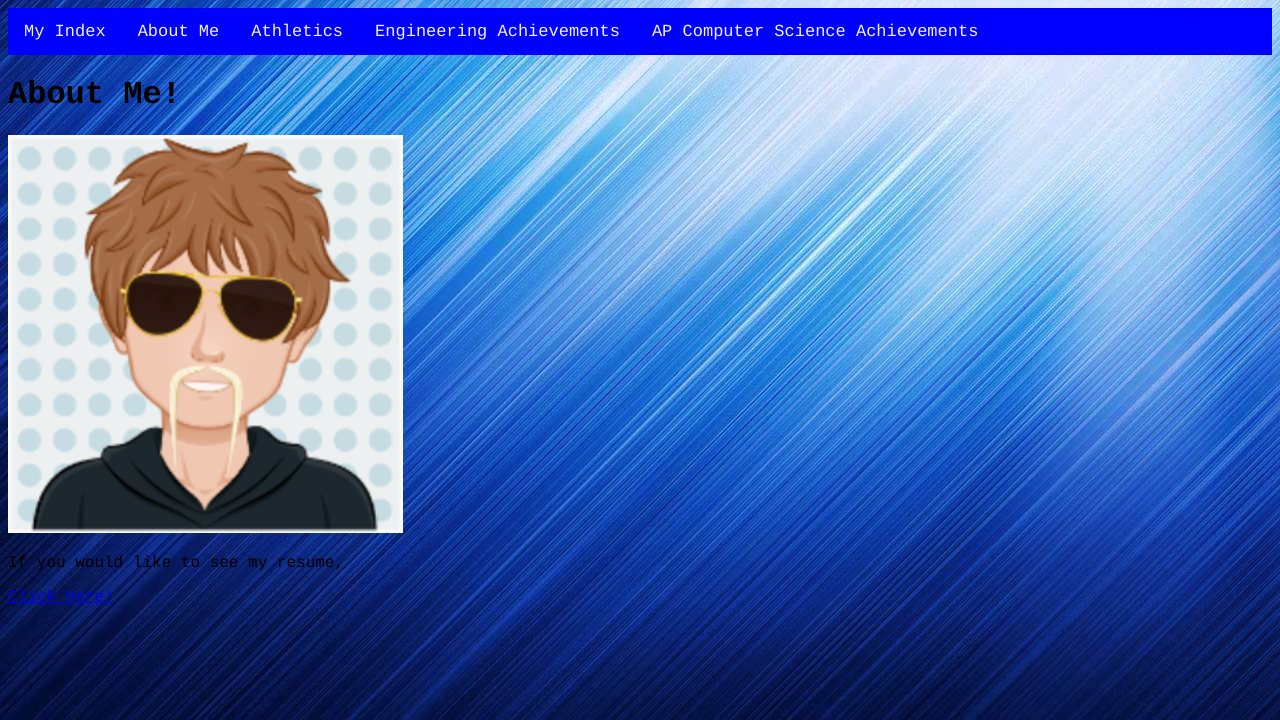
Repository: jacobsirois/jacobsirois.github.io
Page: aboutme.html
The author's editor kept a record of every edit. The page is drawn from the files as they stood at one moment, then again after the next edit.
The browser window is 1280 px wide. The pictures show the whole page.

Above is the page before.
Not found: index.css

After the next edit:
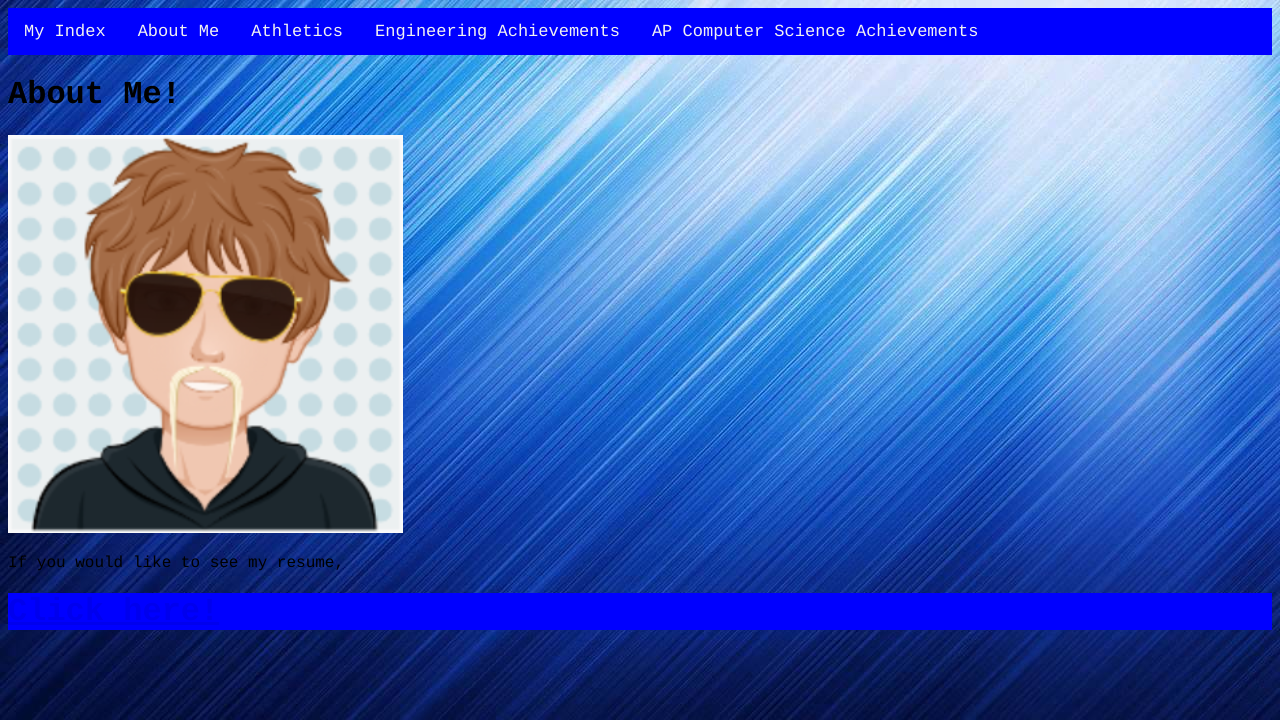
The edit:
--- a/aboutme.html
+++ b/aboutme.html
@@ -106,6 +106,6 @@
 <h1>About Me!</h1>
 <img src="images/avatar.jpg" alt="my avatar">
 <p>If you would like to see my resume,</p>
-<a href="https://docs.google.com/document/d/1-AdmVu0SB5snxsAU3fiWYV94WNg3X-d_nUklR3OvtXk/edit?usp=sharing" target="_blank">Click here!</a>
+<a href="https://docs.google.com/document/d/1-AdmVu0SB5snxsAU3fiWYV94WNg3X-d_nUklR3OvtXk/edit?usp=sharing" target="_blank"><h1 style="background-color:Blue;">Click here!</a></h1>
 </body>
 </html>
